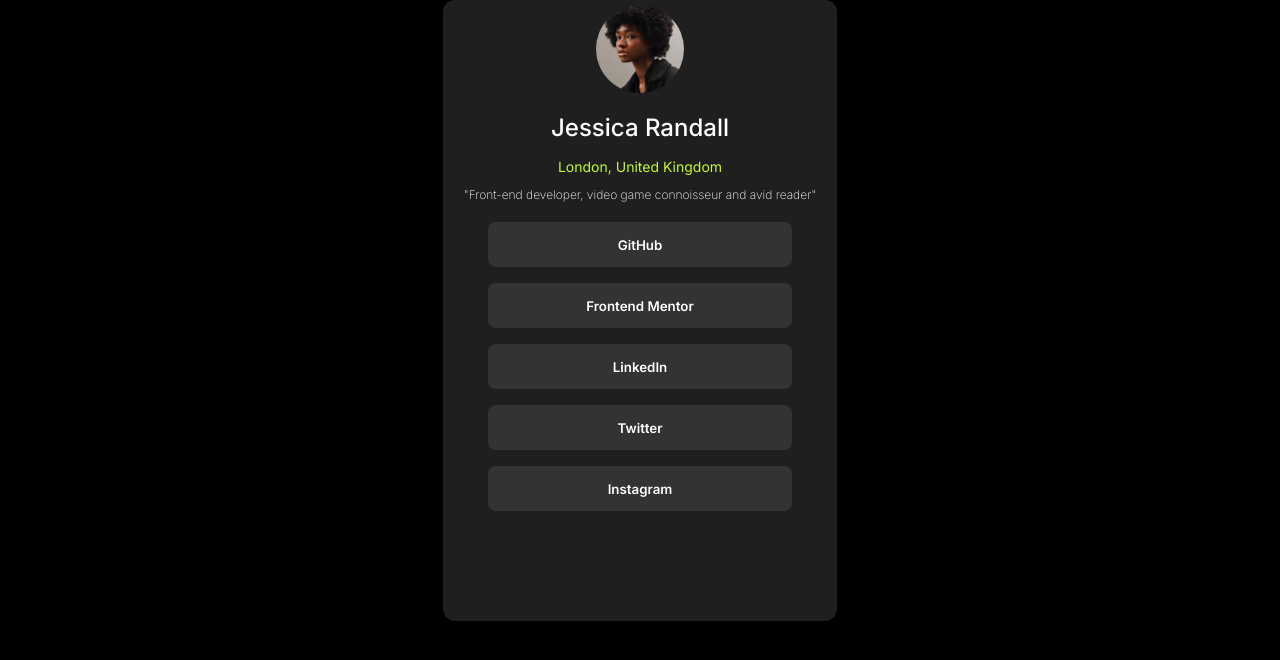
Repository: brandontaylor1/social-links-profile
Page: index.html
The author's editor kept a copy of each file at every save. The page is drawn from the files as they stood at one save, then again after the next save.
The browser window is 1280 px wide. The pictures show the whole page.

Above is the page before, as saved 2024-12-25 17:54:32.

### index.html
<!DOCTYPE html>
<html lang="en">
<head>
    <meta charset="UTF-8">
    <meta name="viewport" content="width=device-width, initial-scale=1.0">
    <link rel="preconnect" href="https://fonts.googleapis.com">
    <link rel="preconnect" href="https://fonts.gstatic.com" crossorigin>
    <link href="https://fonts.googleapis.com/css2?family=Inter:ital,opsz,wght@0,14..32,100..900;1,14..32,100..900&display=swap" rel="stylesheet">
    <link rel="stylesheet" href="styles.css">
    <title>Social Links Profile</title>
</head>
<body>
    <main class="container">
        <div class="profile-content">
            <div class="img-container">
                <img src="./images/avatar-jessica.jpeg" class="profile-pic" alt="profile-pic">
            </div>
            <div class="profile-text">
                <h1>Jessica Randall</h1>
                <h2>London, United Kingdom</h2>
                <p>"Front-end developer, video game connoisseur and avid reader"</p>
            </div>
        </div>
        <div class="social-link-button-container">
            <button class="social-link-button"><a href="#">GitHub</a></button>
            <button class="social-link-button"><a href="#">Frontend Mentor</a></button>
            <button class="social-link-button"><a href="#">LinkedIn</a></button>
            <button class="social-link-button"><a href="#">Twitter</a></button>
            <button class="social-link-button"><a href="#">Instagram</a></button>
        </div>
    </main>

    <script src="index.js"></script>
</body>
</html>

### styles.css
:root {
    --gray-900: #141414;
    --gray-800: #1F1F1F;
    --gray-700: #333333;

    --color-white: #FFFFFF;
    --color-black: #000000;

    --color-green: #C4F82A;

}

body {
    box-sizing: border-box;
    margin: 0;
    padding: 0;
    background-color: black;
    display: flex;
    justify-content: center;
    align-items: center;
    font-family: "Inter", sans-serif;
    background-color: var(--color-black);
}

.container {
    background-color: var(--gray-800);
    color: var(--color-white);
    border-radius: 12px;
    padding: 5px 5px;
    width: 384px;
    height: 611px;

    text-align: center;
}

.profile-pic {
    width: 88px;
    height: 88px;
    border-radius: 50%;
}

.profile-text h1 {
    font-size: 24px;
    font-family: "Inter", sans-serif;
    font-weight: 500;
}

.profile-text h2 {
    font-size: 14px;
    font-family: "Inter", sans-serif;
    font-weight: 400;
    color: var(--color-green);
}

.profile-text p {
    font-size: 12px;
    font-family: "Inter", sans-serif;
    font-weight: 200;
    color: var(--color-white);
}


.social-link-button-container {
    display: flex;
    flex-direction: column;
    justify-content: center;
    align-items: center;
}

a {
    text-decoration: none;
    color: var(--color-white);
}

a:hover {
    color: var(--color-black);
}

.social-link-button {
    width: 304px;
    height: 45px;
    background-color: var(--gray-700);
    border: none;
    border-radius: 8px;
    margin: 8px;
    font-family: "Inter", sans-serif;
    font-weight: 600;

}

.social-link-button:hover {
    background-color: var(--color-green);

}

Loaded but not shown: index.js (no stored copy; drawn as an empty file)

After the next save:
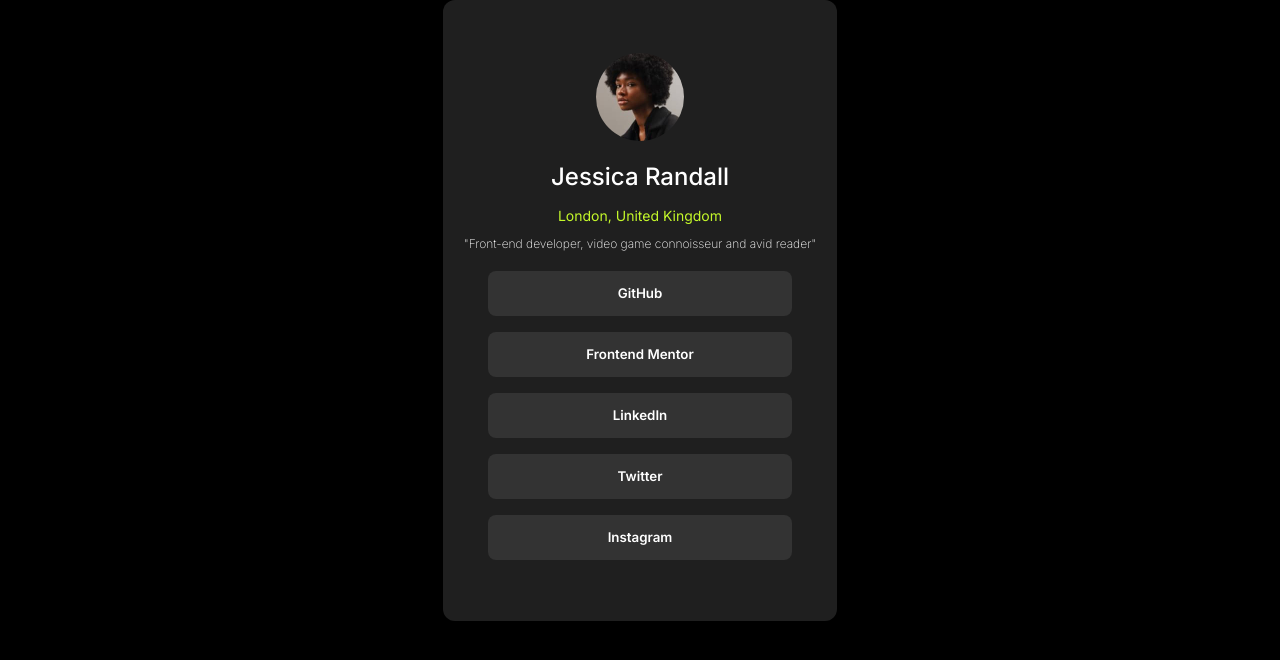
Saved 5 s later.
--- a/styles.css
+++ b/styles.css
@@ -29,7 +29,10 @@ body {
     padding: 5px 5px;
     width: 384px;
     height: 611px;
-
+    display: flex;
+    flex-direction: column;
+    justify-content: center;
+    align-items: center;
     text-align: center;
 }
 
